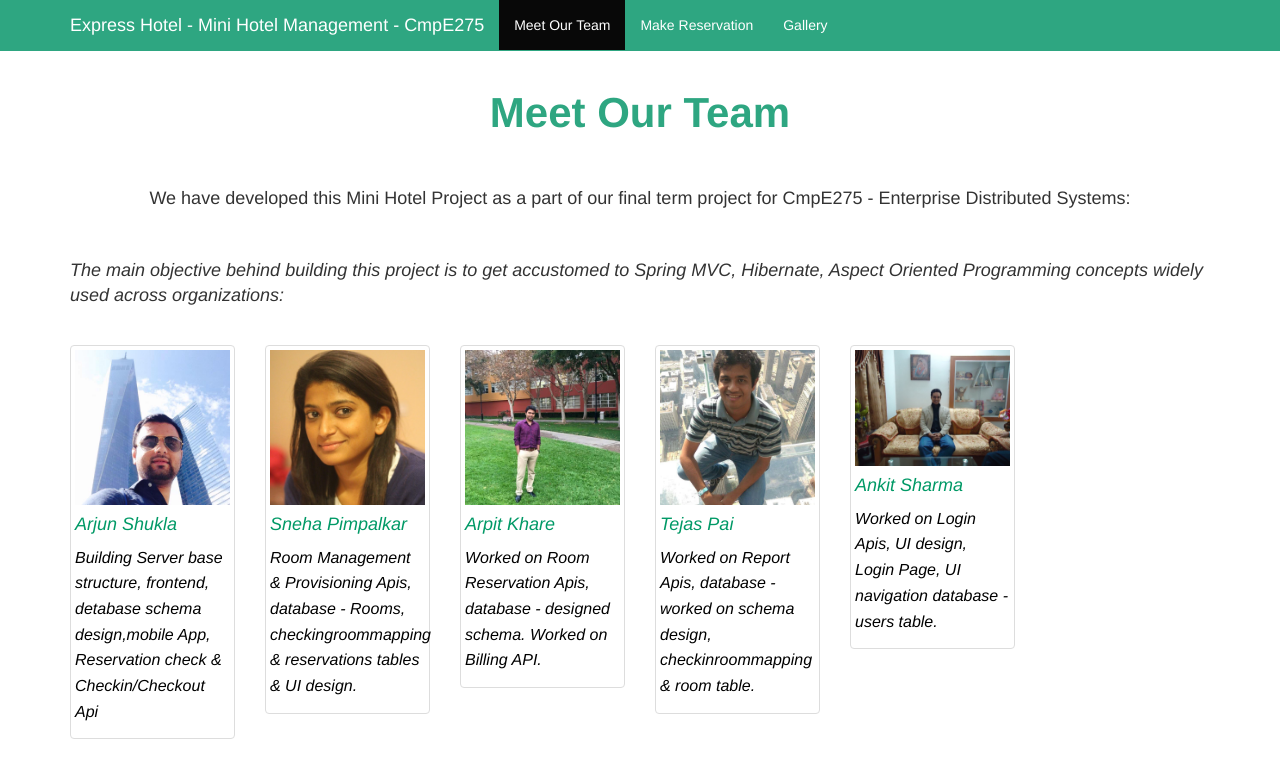
Repository: arjunshukla/CMPE-275_Team-07_Term-Project_Mini-Hotel-Manager
Page: NodeJS_webapp/client/meet_our_team.html
The author's editor kept a record of every edit. The page is drawn from the files as they stood at one moment, then again after the next edit.
The browser window is 1280 px wide. The pictures show the whole page.
Some web libraries are served in a nearby version.

Above is the page before.

### NodeJS_webapp/client/meet_our_team.html

<!DOCTYPE html>
<html lang="en">
  <head>
    <meta charset="utf-8">
    <meta http-equiv="X-UA-Compatible" content="IE=edge">
    <meta name="viewport" content="width=device-width, initial-scale=1">
    <!-- The above 3 meta tags *must* come first in the head; any other head content must come *after* these tags -->
    <meta name="description" content="">
    <meta name="author" content="">
    <link rel="icon" href="../../favicon.ico">

    <title>Welcome To Express Hotels!!</title>

    <!-- Bootstrap core CSS -->
    <link href="./css/bootstrap.min.css" rel="stylesheet">
    <!--<link href="./css/bootstrap.css" rel="stylesheet">-->

   <link href="./css/new-template-pally.css" rel="stylesheet">



  </head>

  <body >

    <nav class="navbar navbar-inverse navbar-fixed-top">
      <div class="container">
        <div class="navbar-header">
          <button type="button" class="navbar-toggle collapsed" data-toggle="collapse" data-target="#navbar" aria-expanded="false" aria-controls="navbar">
            <span class="sr-only">Toggle navigation</span>
            <span class="icon-bar"></span>
            <span class="icon-bar"></span>
            <span class="icon-bar"></span>
          </button>
          <a class="navbar-brand" href="#">Express Hotel - Mini Hotel Management - CmpE275</a>
        </div>
        <div id="navbar" class="collapse navbar-collapse">
          <ul class="nav navbar-nav">

            <li class="active"><a href="meet_our_team_updated.html">Meet Our Team</a></li>
            <li ><a href="index.html">Make Reservation</a></li>
            <li><a href="hotel_gallery">Gallery</a></li>

          </ul>
        </div><!--/.nav-collapse -->
      </div>
    </nav>

    <div class="container">

      <div class="pally-starter-template">
      <!--   <h1>Bootstrap starter template</h1>
        <p class="lead">Use this document as a way to quickly start any new project.<br> All you get is this text and a mostly barebones HTML document.</p>
         -->

         <div class="row">
         	<div class="col-md-12 Share-instantly-right">
                <br>
                <h3>Meet Our Team</h3>
                <br>
                <br>
                <p class="head-para shift-r" style=" text-align:center;"><font size="4">We have developed this Mini Hotel Project as a part of our final term project  for CmpE275 - Enterprise Distributed Systems:</p><p class="head-para shift-r" style=" text-align:center;"><font size="4"><i>
					<br><p class="head-para shift-r" style=" text-align:justified;"><font size="4">The main objective behind building this project is to get accustomed to Spring MVC, Hibernate, Aspect Oriented Programming concepts widely used across organizations:</font></p>
                <br/>

               <!--  <div class="col-md-12 dinfo" style="margin-top:2px"> </div> -->

               <!-- <div class="row">-->
               <!--     <div class="col-md-2">-->
               <!--         <div><img src="images/EricFung.png" class="img-thumbnail" title="" alt="" ></div>-->
               <!--     </div>-->
               <!--     <div class="col-md-10">-->
               <!--         <h4 style="color:#009966;"> Eric Fung<br>Co-Founder, CEO </h4>-->
               <!--         <p><font size="4">Eric drives Pally's vision, strategy and user growth. He is a networking addict and has a passion for disruptive tech.  Prior to Pally, Eric worked in the consulting group at Oracle and was an early employee leading various start-ups.  He holds a degree in Advertising and Public Relations from Penn State University.</font></p>-->
               <!--     </div>-->
               <!--   </div> -->
               <!--</br>-->
               <!--  <div class="row">-->
               <!--     <div class="col-md-2">-->
               <!--         <div><img src="images/IMG_3385.jpg" class="img-thumbnail" title="" alt="" width="200px" height="50px" ></div>-->
               <!--     </div>-->
               <!--     <div class="col-md-10">-->
               <!--         <h4 style="color:#009966;"> Arjun Shukla<br>Co-Founder, CTO</h4>-->
               <!--          <p><font size="4">Arjun leads Pally's technical strategy and is dedicated to building a world-class product for its users.  He has a passion for coding and was most recently a Systems Engineer at Infosys.  He holds a degree in Computer Science from Uttar Pradesh Technical University and is currently completing his Masters in Computer Software Engineering at San Jose State University.</font></p>-->
               <!--     </div>-->
               <!--   </div> -->

               <!--   </br>-->

                 <div class="row">
            <div class="col-md-2">
                <a href="#" class="thumbnail">
                    <img src="images/arjun.jpg" alt="" height="130">
                    <h4 style="color:#009966;">Arjun Shukla</h4>
                     <p><font style="color:black;" size="3">Building Server base structure, frontend, detabase schema design,mobile App, Reservation check & Checkin/Checkout Api</font></p>
                </a>
            </div>

             <div class="col-md-2">
                <a href="#" class="thumbnail">
                    <img src="images/sneha.jpg" alt="" height="130">
                   <h4 style="color:#009966;">Sneha Pimpalkar</h4>
                   <p><font style="color:black;" size="3">Room Management & Provisioning Apis, database - Rooms, checkingroommapping & reservations tables & UI design.</font></p>
                </a>
            </div>

             <div class="col-md-2">
                <a href="#" class="thumbnail">
                    <img src="images/arpit.jpg" alt="" height="130">
                    <h4 style="color:#009966;">Arpit Khare</h4>
                     <p><font style="color:black;" size="3">Worked on Room Reservation Apis, database - designed schema. Worked on Billing API. </font></p>
                </a>
            </div>

             <div class="col-md-2">
                <a href="#" class="thumbnail">
                    <img src="images/tejas.jpg" alt="" height="130">
                     <h4 style="color:#009966;">Tejas Pai</h4>
                     <p><font style="color:black;" size="3">Worked on Report Apis, database - worked on schema design, checkinroommapping & room table.</font></p>
                </a>
            </div>

             <div class="col-md-2">
                <a href="#" class="thumbnail">
                    <img src="images/ankit.jpg"  alt="" height="130">
                    <h4 style="color:#009966;">Ankit Sharma</h4>
                   <p><font style="color:black;" size="3">Worked on Login Apis, UI design, Login Page, UI navigation  database - users table.</font></p>
                </a>
            </div>

        </div>


                </div>

             <!--    <div class="col-md-12 dinfo">
                    <div class="col-md-2 align-r">
                        <div style="margin-top:50px"><img src="images/IMG_3385.jpg" class="iconMember" title="" alt=""> </div>
                    </div>
                    <div class="col-md-10">
                        <h4 style="color:#009966;margin-top:20px;"><br><br> Arjun Shukla<br>Co-Founder, CTO </h4>
                        <p><font size="4">Arjun leads Pally's technical strategy and is dedicated to building a world-class product for its users.  He has a passion for coding and was most recently a Systems Engineer at Infosys.  He holds a degree in Computer Science from Uttar Pradesh Technical University and is currently completing his Masters in Computer Software Engineering at San Jose State University.</font></p>
                    </div>
                </div>-->

            <!--   <div style=" margin-left:50px; width: 1100px;
                                overflow: hidden; " align='center'>
                    <div style="width: 200px;
                                float:left;" align='center'>
                        <img style="margin-top:130px;" height="130" src="images/SheetalPimpalkar.jpg" class="iconMember"></img>
                        <h4 style="color:#009966;">Sheetal Pimpalkar</h4>
                        <h5 style="color:#009966;">Android Developer</h5>
                    </div>

                    <div style="width: 200px; float: left;">
                        <img style="margin-top:130px; padding-left:0px" height="130" src="images/SwapnilRane.jpg" class="iconMember"></img>
                        <h4 style="color:#009966;">Swapnil Rane</h4>
                        <h5 style="color:#009966;">iOS Developer</h5>
                    </div>

                    <div style="width: 200px; float: left;">
                        <img style="margin-top:130px; padding-right:0px" height="130" src="images/RaphaelArnaud.png" class="iconMember"></img>
                        <h4 style="color:#009966;">Raphael Arnaud</h4>
                        <h5 style="color:#009966;">Community Manager, France</h5>
                    </div>

                    <div style="width: 200px; float: left;">
                        <img style="margin-top:130px; padding-right:0px" height="130" src="images/SamanthaSanchis.png" class="iconMember"></img>
                        <h4 style="color:#009966;">Samantha Sanchis</h4>
                        <h5 style="color:#009966;">Community Manager, Spain</h5>
                    </div>

                    <div style="width: 250px;float: left;">
                        <img style="margin-top:130px; padding-right:0px" height="130" src="images/JeffreyWong.png" class="iconMember"></img>
                        <h4 style="color:#009966;">Jeffrey Wong</h4>
                        <h5 style="color:#009966;">Community Manager, Hong Kong</h5>
                    </div>
                </div>-->
             <!--    <div class="row">
                	<div class="col-sm-2">
	                	 <img  src="images/SheetalPimpalkar.jpg" class="iconMember"></img>
	                        <h4 style="color:#009966;">Sheetal Pimpalkar</h4>
	                        <h5 style="color:#009966;">Android Developer</h5>
                	</div>

                </div>-->

            </div>
   </div>







      </div>

    </div><!-- /.container -->


    <!-- Bootstrap core JavaScript
    ================================================== -->
    <!-- Placed at the end of the document so the pages load faster -->
    <script src="https://ajax.googleapis.com/ajax/libs/jquery/1.11.3/jquery.min.js"></script>
    <script src="./js/bootstrap.min.js"></script>

  </body>
</html>

### NodeJS_webapp/client/css/new-template-pally.css
body {
	padding-top: 50px;
}

.starter-template {
	padding: 40px 15px;
	text-align: center;
}

.navbar-inverse {
	background-color: #2ea681;
	border-color: #2ea681;
}

.navbar-inverse .navbar-nav>li>a {
	color: #ffffff;
}

.navbar-inverse .navbar-brand {
	color: #ffffff;
}

.Share-instantly-right h3{


	font-weight: 700;
    font-size: 3em;
    color: #2ea681;
    text-align: center;
}

Loaded but not shown: NodeJS_webapp/client/css/bootstrap.min.css (library); NodeJS_webapp/client/js/bootstrap.min.js (library)

After the next edit:
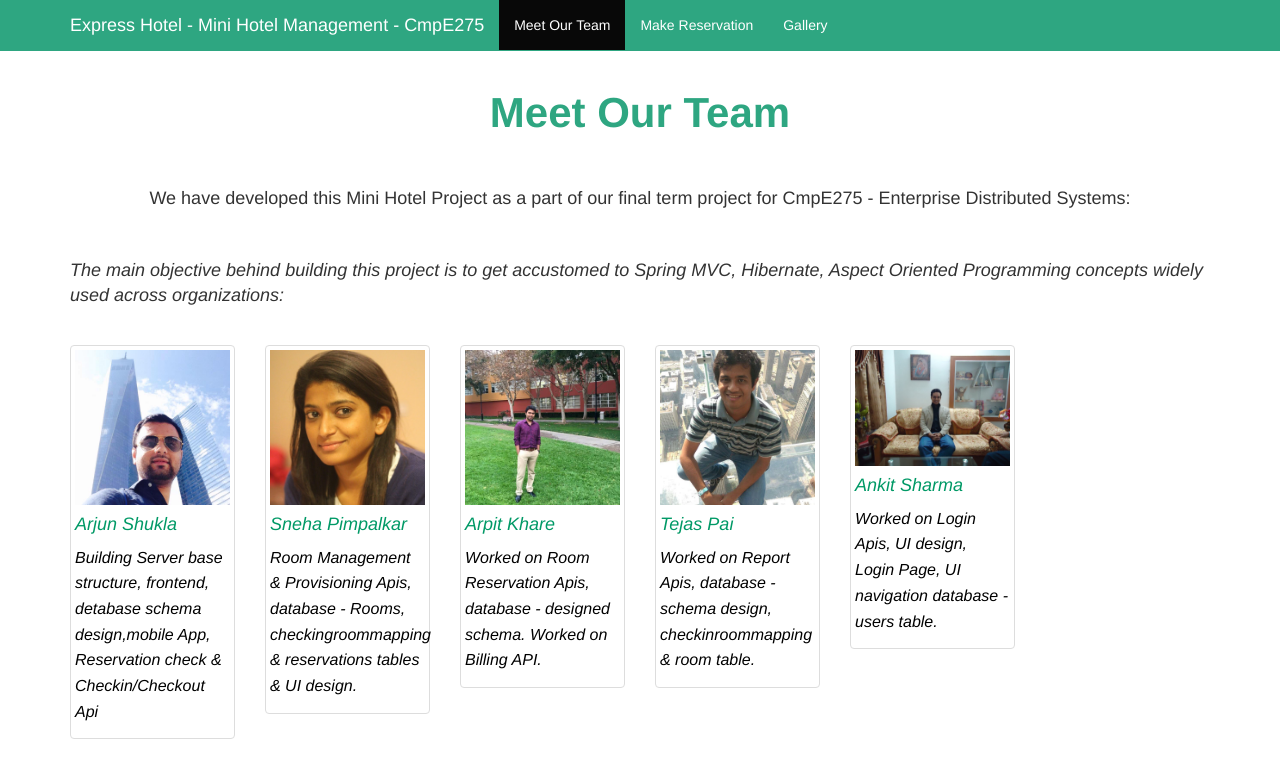
The edit:
--- a/NodeJS_webapp/client/meet_our_team.html
+++ b/NodeJS_webapp/client/meet_our_team.html
@@ -117,7 +117,7 @@
                 <a href="#" class="thumbnail">
                     <img src="images/tejas.jpg" alt="" height="130">
                      <h4 style="color:#009966;">Tejas Pai</h4>
-                     <p><font style="color:black;" size="3">Worked on Report Apis, database - worked on schema design, checkinroommapping & room table.</font></p>
+                     <p><font style="color:black;" size="3">Worked on Report Apis, database - schema design, checkinroommapping & room table.</font></p>
                 </a>
             </div>
 
